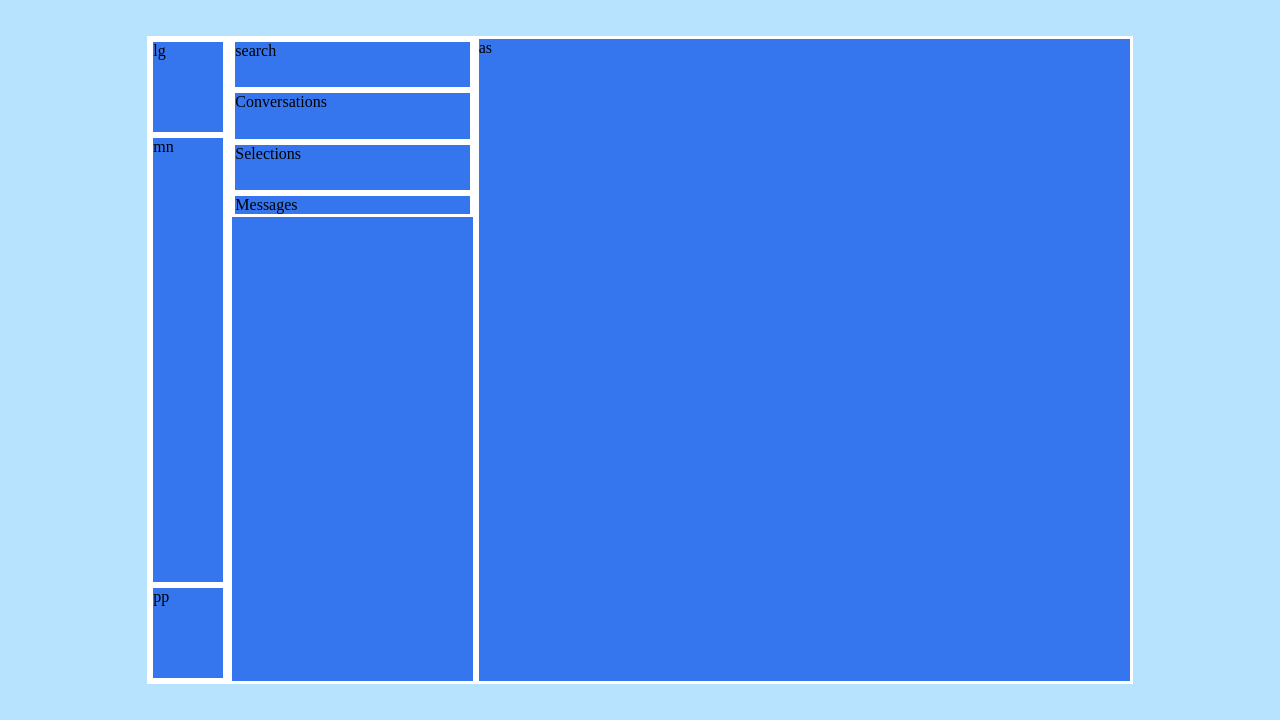
Repository: arafat877/super-chat
Page: /
The author's editor kept a copy of each file at every save. The page is drawn from the files as they stood at one save, then again after the next save.
The browser window is 1280 px wide. The pictures show the whole page.
The project was rebuilt for these pictures with package versions that can differ from the ones it lists, and the page was loaded fresh each time. Also part of the build but not shown: src/App.scss.

Above is the page before, as saved 2020-08-05 14:49:26.

### public/index.html
<!DOCTYPE html>
<html lang="en">
  <head>
    <meta charset="utf-8" />
    <meta name="viewport" content="width=device-width, initial-scale=1" />
    <meta name="theme-color" content="#000000" />
    <meta
      name="description"
      content="Chat application with node.js, express, react.js, mongoDb and socket.io"
    />
    <link rel="stylesheet" href="styles.css">
    <link rel="stylesheet" href="https://fonts.googleapis.com/css?family=Roboto:300,400,500,700&display=swap" />

    <title>Super Chat</title>
  </head>
  <body>
    <noscript>You need to enable JavaScript to run this app.</noscript>
    <div id="root"></div>
  </body>
</html>

### src/App.js
import React from "react";
import "./App.scss";
import { Container, Grid, Paper } from "@material-ui/core";
import { makeStyles } from "@material-ui/core/styles";
import {
  Message,
  GroupWork,
  Chat,
  Palette,
  Settings,
  PeopleAlt,
} from "@material-ui/icons";

const useStyles = makeStyles((theme) => ({
  container: {
    backgroundColor: "#b7e3fe",
    height: "100vh",
    display: "flex",
  },
  innerContainer: {
    backgroundColor: "#3576ef",
    margin: "auto",
    height: "90%",
    width: "80%",
    borderRadius: "10px",
  },
  column1: {
    border: "solid white",
  },
  column2: {
    border: "solid white",
  },
  column3: {
    border: "solid white",
  },
  c1Logo: {
    border: "solid white",
    height: "15%",
  },
  c1Menu: {
    border: "solid white",
    height: "70%",
  },
  c1PP: {
    border: "solid white",
    height: "15%",
  },
  c2Search:{
    border: "solid white",
    height: "8%",
  },
  c2Conv:{
    border: "solid white",
    height: "8%",
  },
  c2Select:{
    border: "solid white",
    height: "8%",
  },
  c2Messages:{
    border: "solid white",
  }
}));

function App() {
  const classes = useStyles();

  return (
    <Container className={classes.container}>
      <Grid container containerer className={classes.innerContainer}>
        <Grid item className={classes.column1} xs={1}>
          <Grid item className={classes.c1Logo} xs={12}>
            lg
          </Grid>
          <Grid item className={classes.c1Menu} xs={12}>
            mn
          </Grid>
          <Grid item className={classes.c1PP} xs={12}>
            pp
          </Grid>
        </Grid>
        <Grid item className={classes.column2} xs={3}>
          <Grid item className={classes.c2Search} xs={12}>
            search
          </Grid>
          <Grid item className={classes.c2Conv} xs={12}>
            Conversations
          </Grid>
          <Grid item className={classes.c2Select} xs={12}>
            Selections
          </Grid>
          <Grid item className={classes.c2Messages} xs={12}>
            Messages
          </Grid>
        </Grid>
        <Grid item className={classes.column3} xs={8}>
          as
        </Grid>
      </Grid>
    </Container>
  );
}

export default App;

Loaded but not shown: src/index.js (common file); public/styles.css (common file)

After the next save:
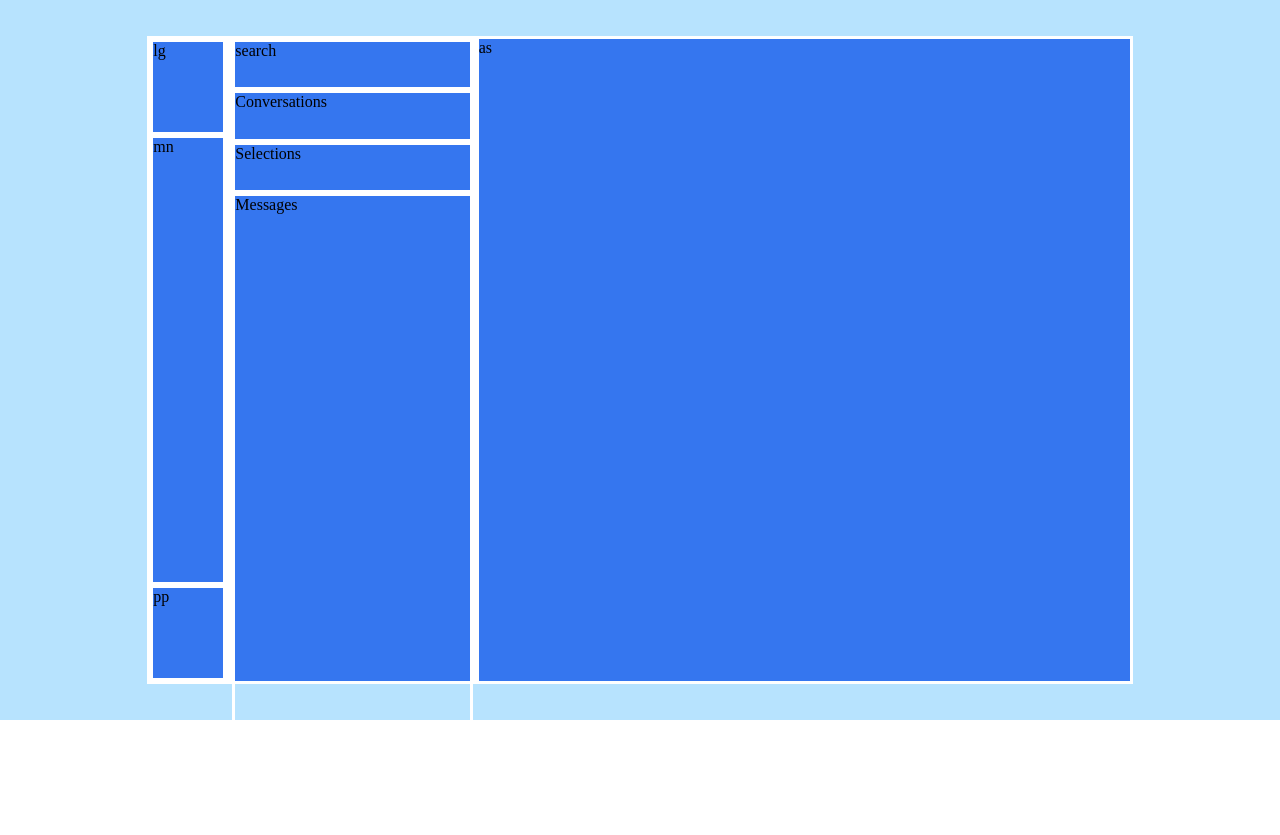
Saved 18 s later.
--- a/src/App.js
+++ b/src/App.js
@@ -59,6 +59,7 @@ const useStyles = makeStyles((theme) => ({
   },
   c2Messages:{
     border: "solid white",
+    height: "100%",
   }
 }));
 
